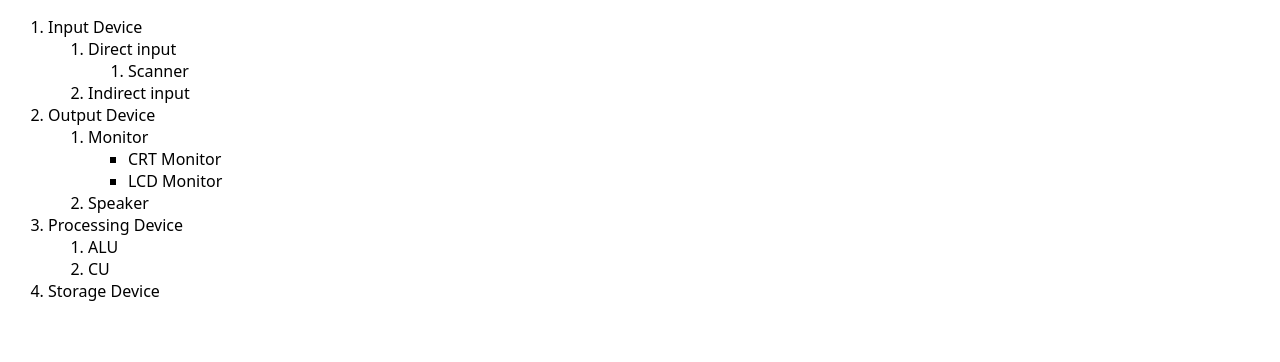
Repository: SharonSebastian32/Nested_List_in_html
Page: index.html
These files come from the project's save history. The page is drawn as it stood at one moment and after the next save; the edit follows.
The browser window is 1280 px wide. The pictures show the whole page.

Above is the page before, as saved 2024-09-01 07:35:12.

After the next save:
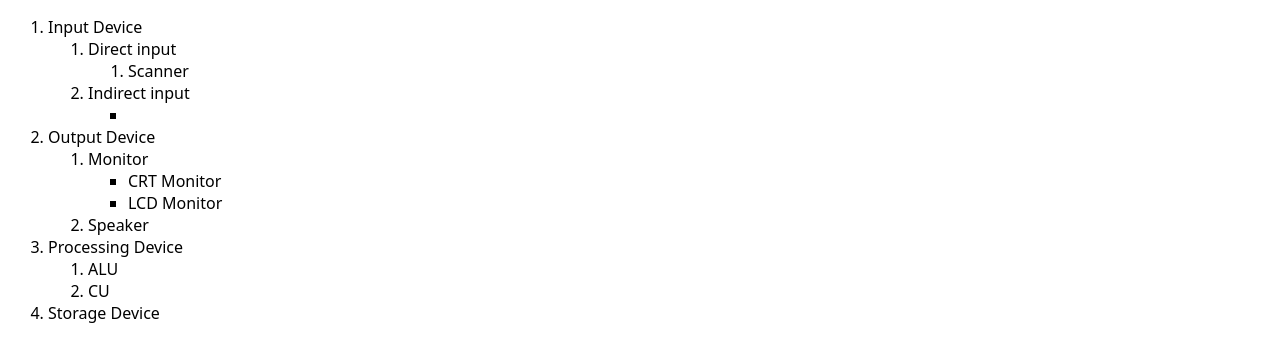
Saved 6 s later.
--- a/index.html
+++ b/index.html
@@ -15,7 +15,7 @@
           <li>Scanner</li>
         </ol>
         <li>Indirect input</li>
-
+        <ul><li></li></ul>
       </ol>
       <li>Output Device</li>
       <ol>
